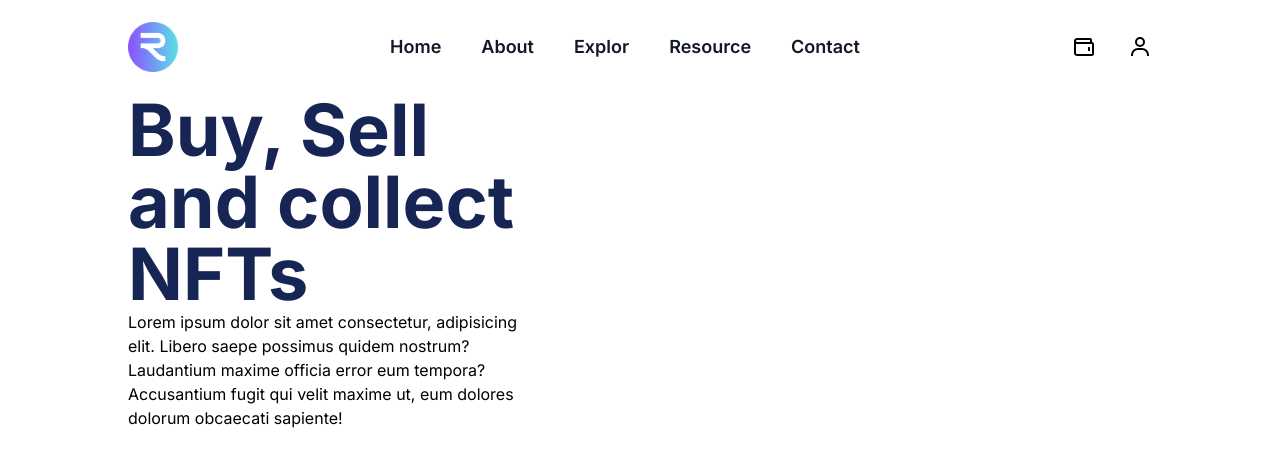
Repository: longblue2910/rimdasilva-ui
Page: /
The author's editor kept a copy of each file at every save. The page is drawn from the files as they stood at one save, then again after the next save.
The browser window is 1280 px wide. The pictures show the whole page.
The project was rebuilt for these pictures with package versions that can differ from the ones it lists, and the page was loaded fresh each time. The framework's server and built-in components were replaced by stand-ins that run in the browser. Also part of the build but not shown: next.config.mjs.

Above is the page before, as saved 2024-08-09 16:22:59.

After the next save:
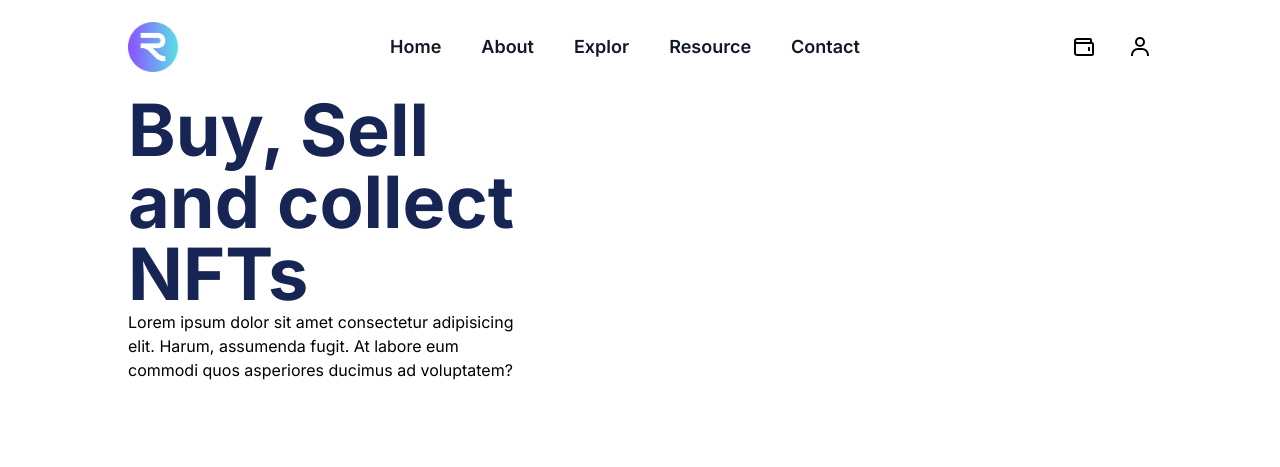
Saved 10 s later.
--- a/components/Home/Hero/Hero.tsx
+++ b/components/Home/Hero/Hero.tsx
@@ -10,10 +10,9 @@ const Hero = () => {
             Buy, Sell and collect NFTs
           </h1>
           <p>
-            Lorem ipsum dolor sit amet consectetur, adipisicing elit. Libero
-            saepe possimus quidem nostrum? Laudantium maxime officia error eum
-            tempora? Accusantium fugit qui velit maxime ut, eum dolores dolorum
-            obcaecati sapiente!
+            Lorem ipsum dolor sit amet consectetur adipisicing elit. Harum,
+            assumenda fugit. At labore eum commodi quos asperiores ducimus ad
+            voluptatem?
           </p>
         </div>
         {/* Image */}
